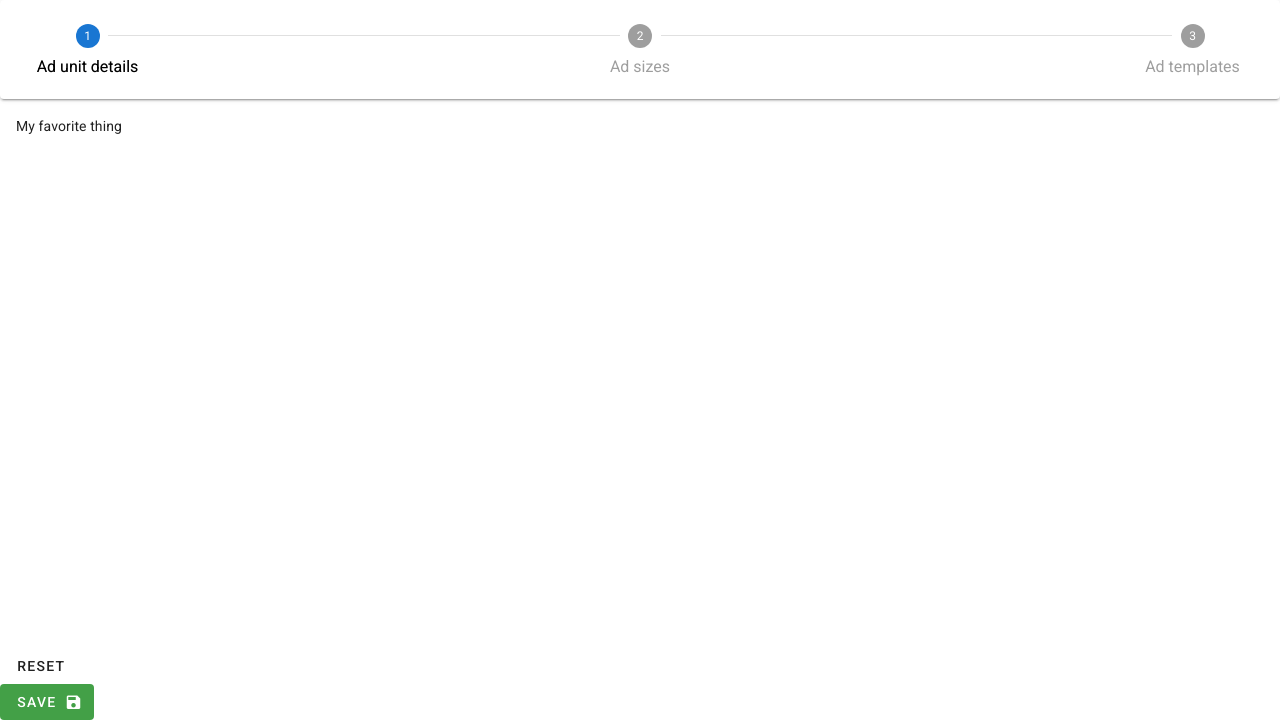
Repository: SidneyHodieb/myc
Page: /addsource
These files come from the project's save history. The page is drawn as it stood at one moment and after the next save; the edit follows.
The browser window is 1280 px wide. The pictures show the whole page.
The project was rebuilt for these pictures with package versions that can differ from the ones it lists, and the page was loaded fresh each time. Also part of the build but not shown: vue.config.js, src/views/Home.vue, src/views/addSource/components/format.vue, src/views/addSource/components/card.vue, src/views/addSource/components/trigger.vue.

Above is the page before, as saved 2021-04-03 18:23:54.

After the next save:
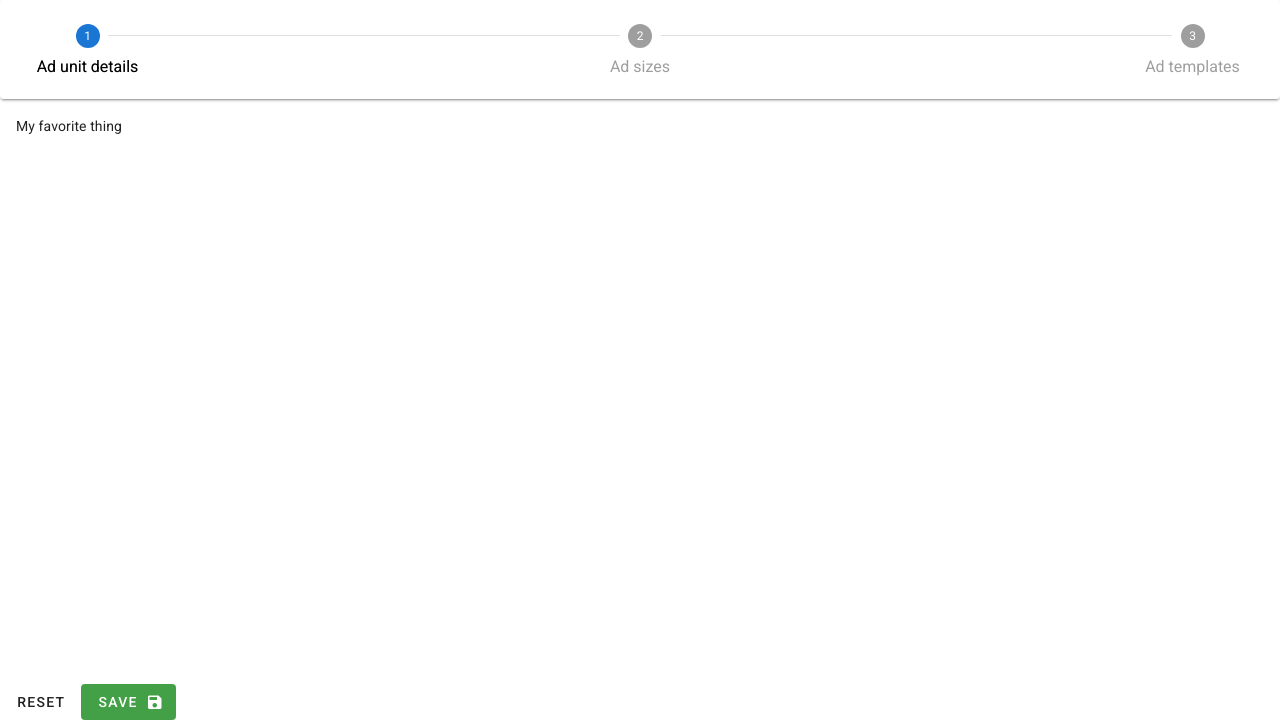
Saved 17 s later.
--- a/src/views/addSource/column.vue
+++ b/src/views/addSource/column.vue
@@ -59,7 +59,6 @@
         Reset
       </v-btn>
 
-      <v-spacer></v-spacer>
 
       <v-btn
         class="white--text"
